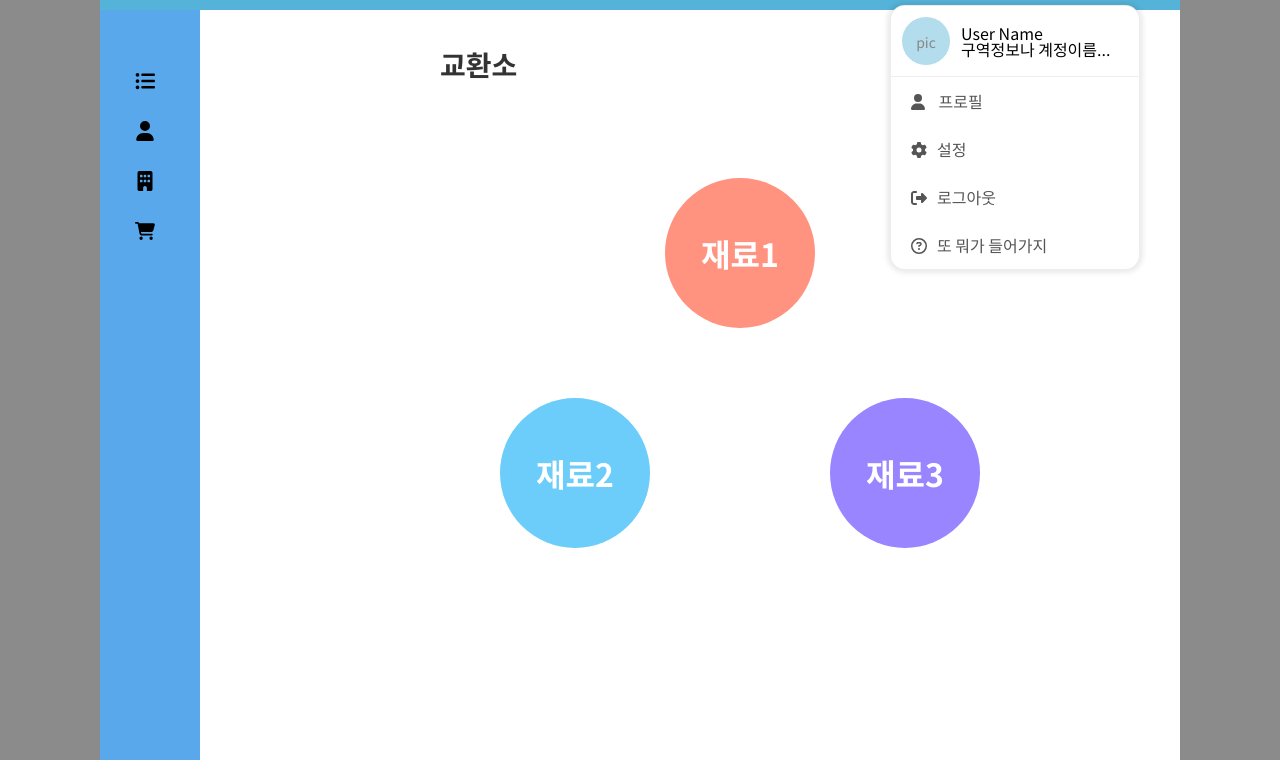
Repository: sunoo-lee/toVillage-old
Page: /#/trade
The author's editor kept a copy of each file at every save. The page is drawn from the files as they stood at one save, then again after the next save.
The browser window is 1280 px wide. The pictures show the whole page.
The project was rebuilt for these pictures with package versions that can differ from the ones it lists, and the page was loaded fresh each time. Also part of the build but not shown: src/routes/Auth.js, src/components/Todo.js, src/components/AddForm.js, src/components/Main.js, src/routes/Home.js, src/components/MyProfile.js, src/routes/Profile.js, src/components/Area.module.css and 2 more.

Above is the page before, as saved 2022-10-13 04:36:47.

After the next save:
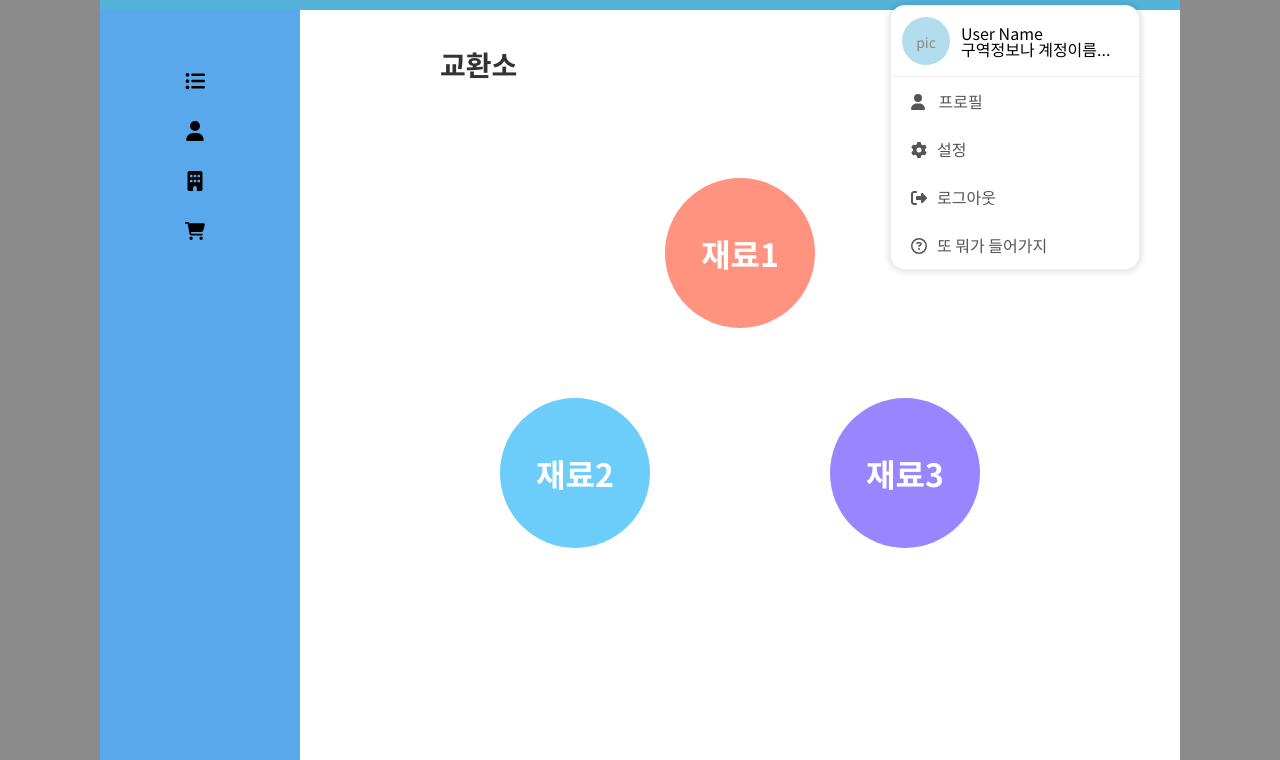
Saved 10 s later.
--- a/src/components/Navigation.module.css
+++ b/src/components/Navigation.module.css
@@ -13,7 +13,7 @@
 
 .nav_active {
   background-color: #58a8eb;
-  width: 100px;
+  /* width: 100px; */
 }
 .nav_active .container ul li span {
   display: none;
